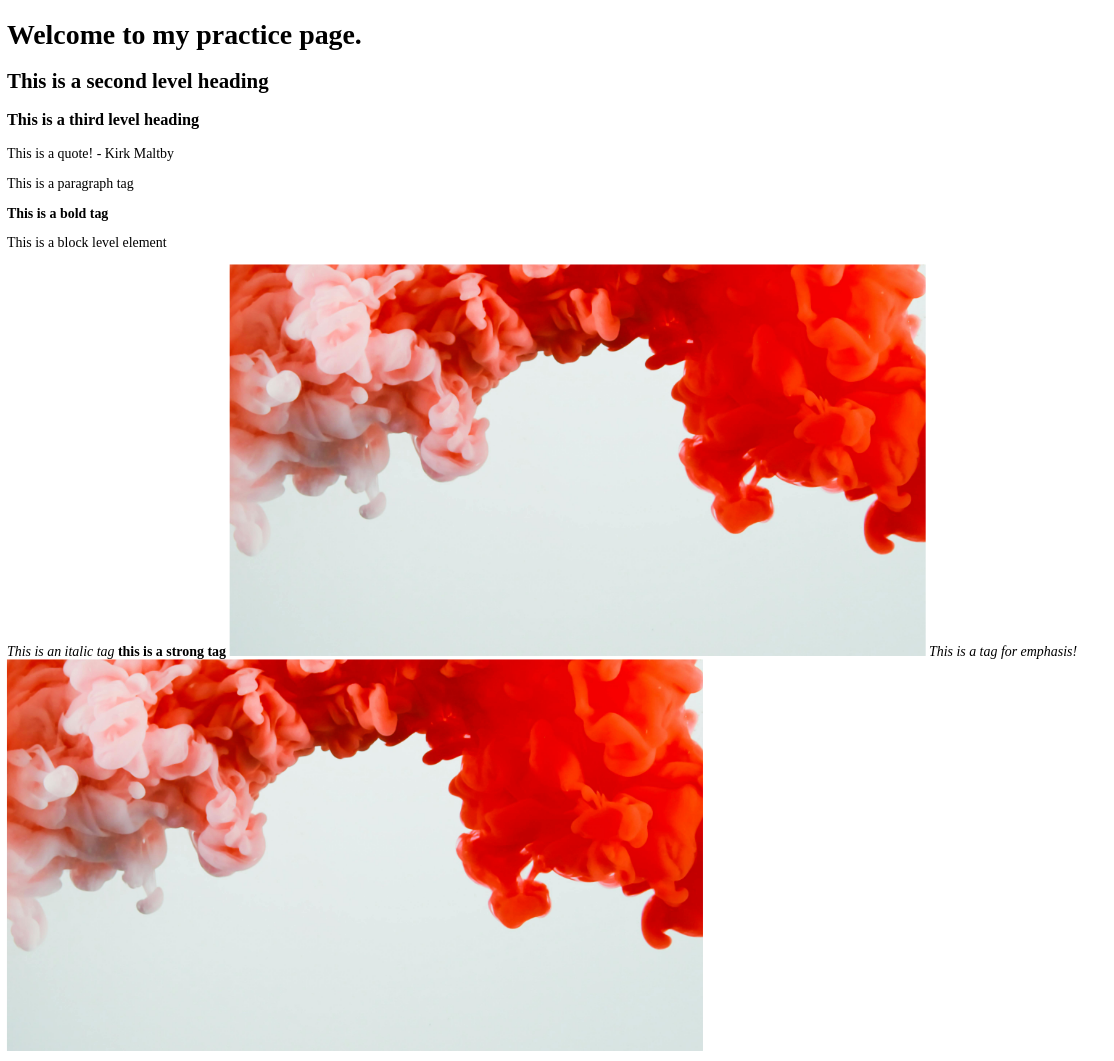
Repository: awollf/mdia-2109
Page: class-stuff.html
These files come from the project's save history. The page is drawn as it stood at one moment and after the next save; the edit follows.
The browser window is 1280 px wide. The pictures show the whole page, at 87% of full size.

Above is the page before, as saved 2026-01-26 10:35:54.

After the next save:
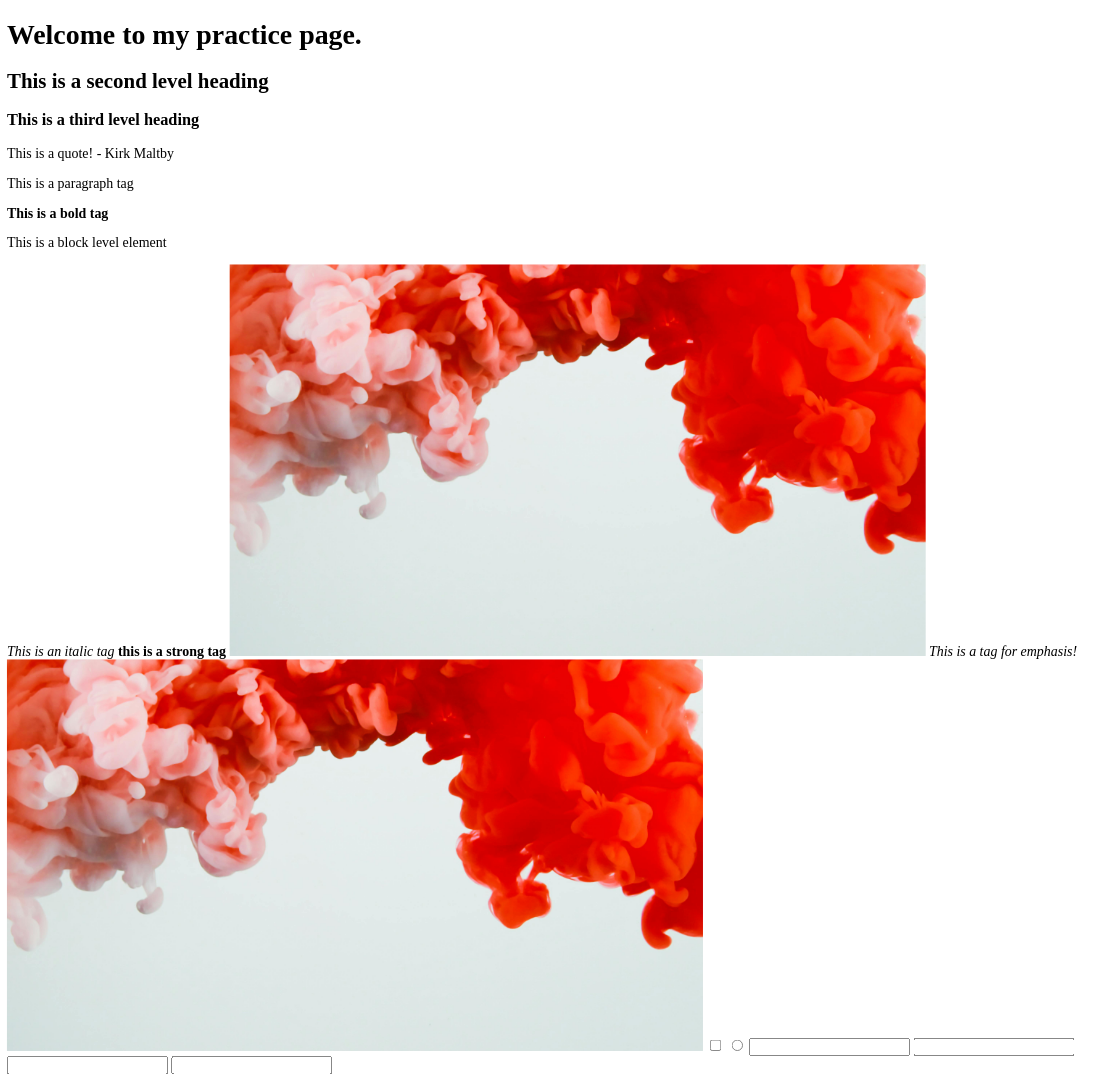
Saved 5 min 0 s later.
--- a/class-stuff.html
+++ b/class-stuff.html
@@ -19,11 +19,17 @@
 
     <strong>this is a strong tag</strong>
 
+
     <img src="../images/ink photography.jpg" alt="ink photography" width="800"/>
     <em>This is a tag for emphasis!</em>
     <img src="../images/ink photography.jpg" alt="ink photography" width="800"/>
 
-
+<input type="checkbox"/>
+<input type="radio"/>
+<input typ="number"/>
+<input type="text"/>
+<input type="password"/>
+<input type="email"/>
 
 
 
